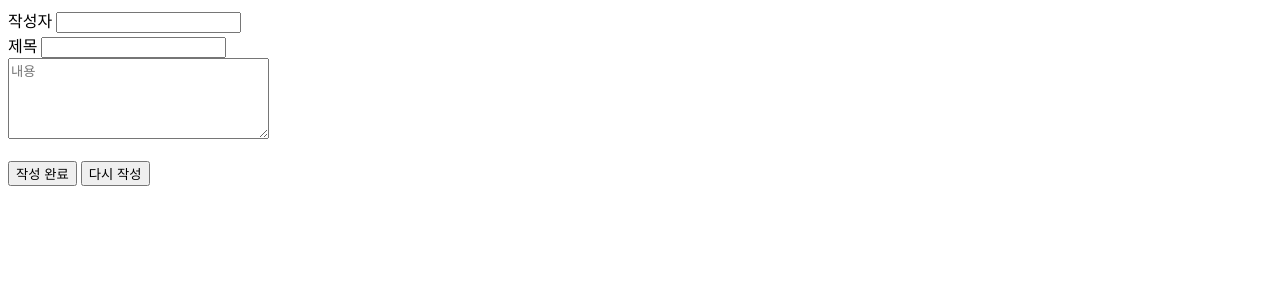
Repository: yangchunsick/JSPstudy
Page: http://localhost/11_MYHOME/notice/update.jsp
An editor plug-in stored every save of this project. The page is shown before and after the next save, followed by the edit.
The browser window is 1280 px wide. The pictures show the whole page.
The page is served by Tomcat 9. Other server files are loaded and not shown.

Above is the page before, as saved 2021-11-18 00:36:55.

### worksapce/11_MYHOME/WebContent/notice/update.jsp
<%@ page language="java" contentType="text/html; charset=UTF-8"
	pageEncoding="UTF-8"%>
<%@ taglib uri="http://java.sun.com/jsp/jstl/core" prefix="c"%>
<!DOCTYPE html>
<html lang="ko">
<head>
<meta charset="UTF-8">
<meta http-equiv="X-UA-Compatible" content="IE=edge">
<meta name="viewport" content="width=device-width, initial-scale=1.0">
<title>My Home Page</title>
<script src="https://code.jquery.com/jquery-3.6.0.js"
	integrity="sha256-H+K7U5CnXl1h5ywQfKtSj8PCmoN9aaq30gDh27Xc0jk="
	crossorigin="anonymous"></script>
<script>


</script>
</head>
<body>

	<div>
		<form action="insert.notice" method="post">
			<label for="writer">작성자</label>
			<input type="text" name="writer" id="writer"><br>
			<label for="title">제목</label>
			<input type="text" name="title" id="title"><br>
			<textarea rows="5" cols="30" name="content" placeholder="내용"></textarea><br><br>
			<button>작성 완료</button>
			<input type="reset" value="다시 작성">
		</form>
	</div>

</body>
</html>

After the next save:
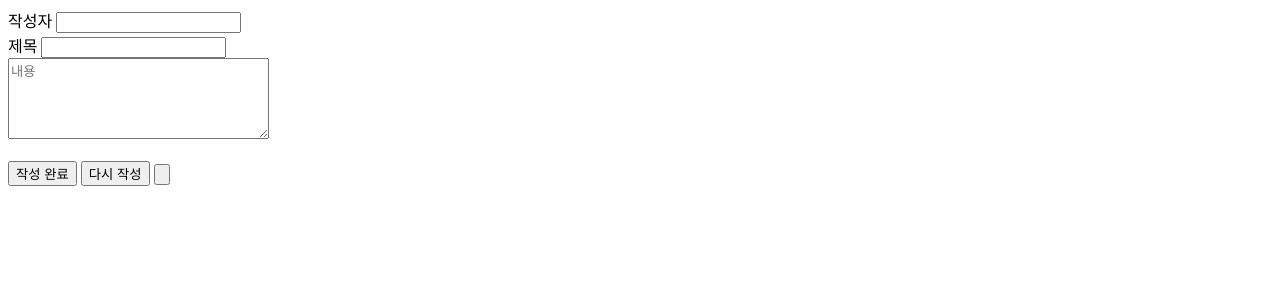
Saved 10 s later.
--- a/worksapce/11_MYHOME/WebContent/notice/update.jsp
+++ b/worksapce/11_MYHOME/WebContent/notice/update.jsp
@@ -27,6 +27,7 @@
 			<textarea rows="5" cols="30" name="content" placeholder="내용"></textarea><br><br>
 			<button>작성 완료</button>
 			<input type="reset" value="다시 작성">
+			<input type="button">
 		</form>
 	</div>
 
